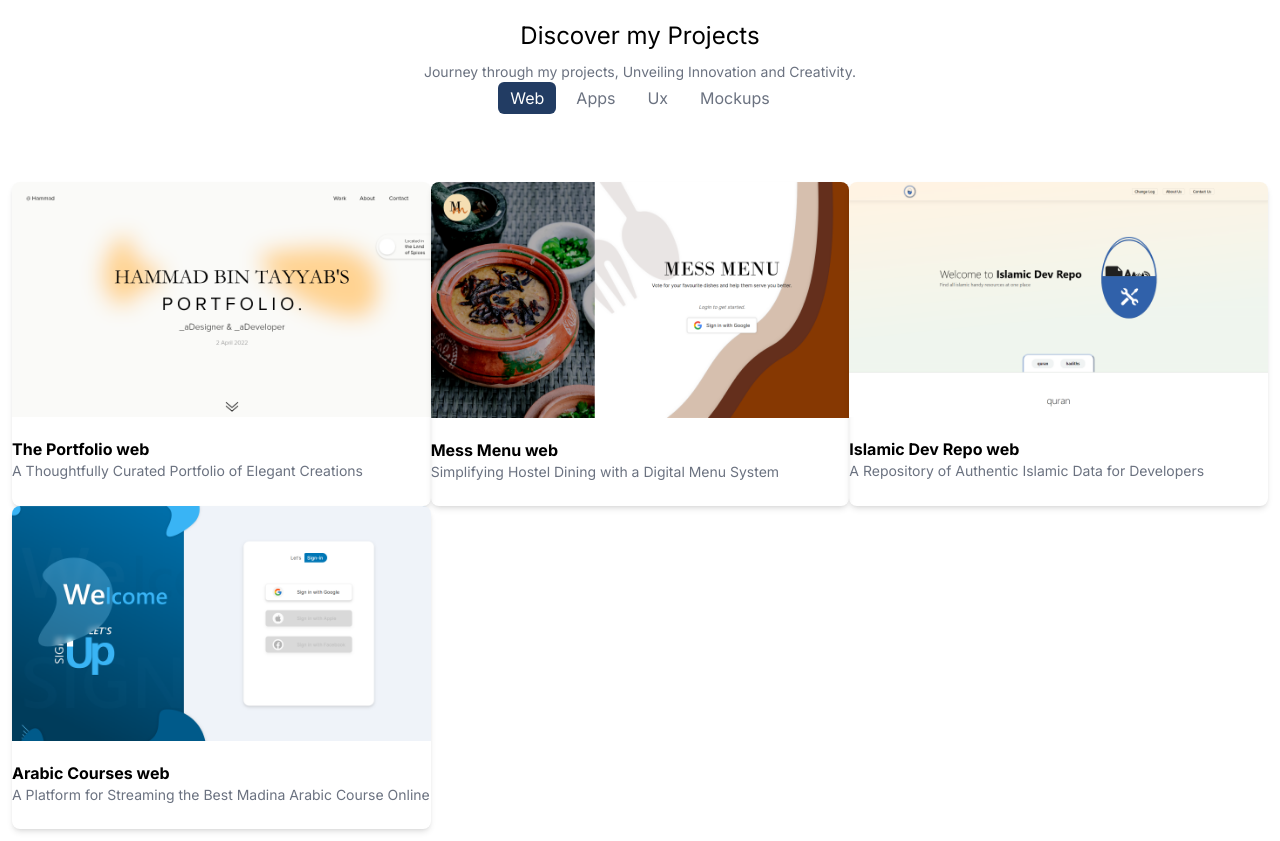
Repository: SpicierEwe/my_portfolio_v2
Page: /
These files come from the project's save history. The page is drawn as it stood at one moment and after the next save; the edit follows.
The browser window is 1280 px wide. The pictures show the whole page.
The project was rebuilt for these pictures with package versions that can differ from the ones it lists, and the page was loaded fresh each time. The framework's server and built-in components were replaced by stand-ins that run in the browser. Also part of the build but not shown: next.config.js, core/utils/customIcons.js, core/utils/utils.tsx, core/db/sub_db_data/ux_db.js.

Above is the page before, as saved 2024-04-22 11:15:38.

After the next save:
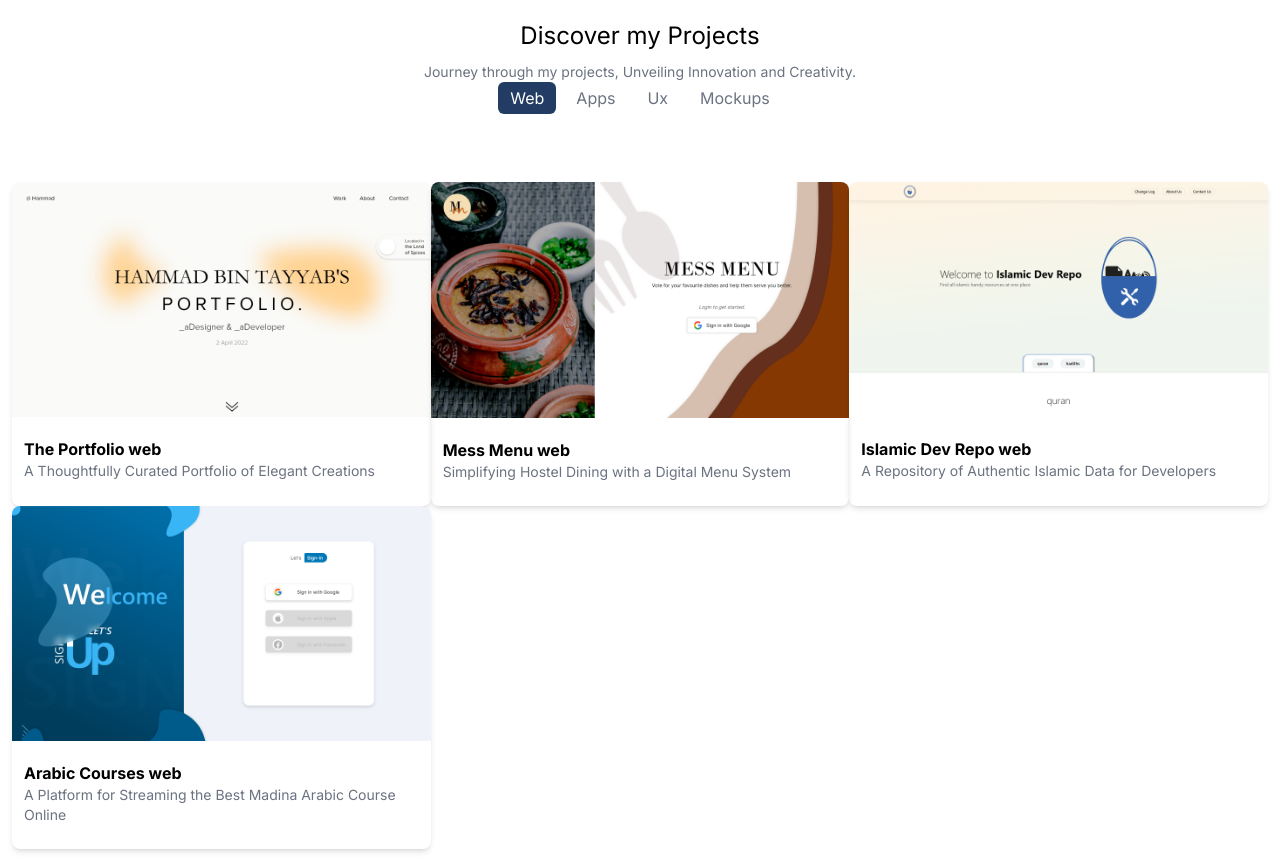
Saved 12 s later.
--- a/Components/Work_section/work_section.tsx
+++ b/Components/Work_section/work_section.tsx
@@ -69,7 +69,7 @@ export default function WorkSection() {
                       layout="responsive"
                     ></Image>
                   }
-                  <div className="ml-1 mb-6 mt-5">
+                  <div className="ml-3 mb-6 mt-5">
                     <p className=" font-bold">
                       {projectName} {selectedNavItemName}
                     </p>
